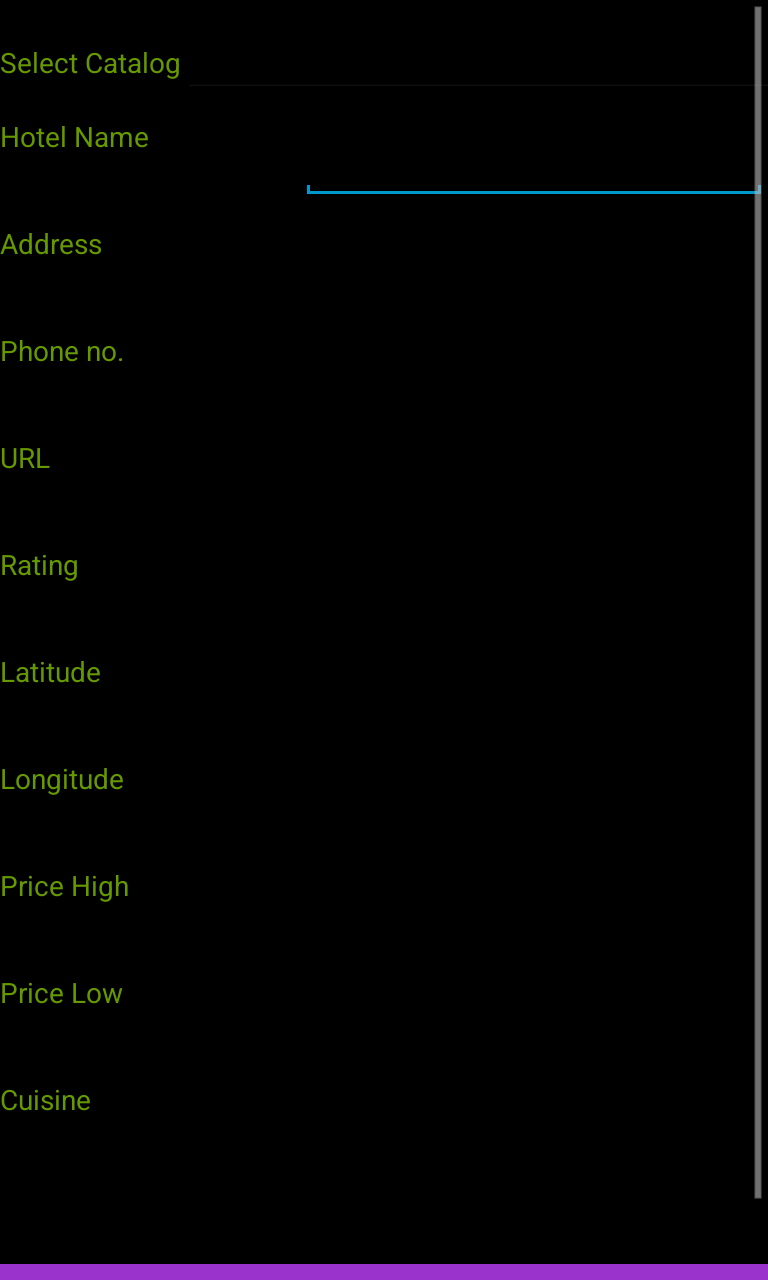
Repository: AungWinnHtut/projAndroid
Layout: com.engineer4myanmar.json.MainActivity/res/layout/activity_admin.xml
These files come from the project's save history. The layout is drawn as it stood at one moment and after the next save; the edit follows.
It is drawn on a 768 x 1280 px phone screen (xhdpi) without system bars, with theme AppTheme; the app's code is not run.

Above is the layout before, as saved 2015-08-26 20:35:47.

### com.engineer4myanmar.json.MainActivity/res/layout/activity_admin.xml
<LinearLayout xmlns:android="http://schemas.android.com/apk/res/android"
    xmlns:tools="http://schemas.android.com/tools"
    android:layout_width="match_parent"
    android:layout_height="match_parent"
    android:background="#000"
    android:orientation="vertical" >

    <ScrollView
        android:id="@+id/scrollView1"
        android:layout_width="match_parent"
        android:layout_height="match_parent" >

        <LinearLayout
            android:layout_width="match_parent"
            android:layout_height="match_parent"
            android:orientation="vertical" >
            <LinearLayout
        android:layout_width="match_parent"
        android:layout_height="wrap_content"
        android:layout_marginTop="15dp"
        android:orientation="horizontal" >

        <TextView
            android:layout_width="0dp"
            android:layout_height="wrap_content"
            android:layout_gravity="center"
            android:layout_weight="1"
            android:gravity="center"
            android:textColor="#669900"
            android:text="Select Catalog" />

         <Spinner
            android:id="@+id/spCatalog"
            android:layout_width="match_parent"
            android:layout_height="wrap_content"
            android:layout_gravity="center"
             android:textColor="#669900"
            android:entries="@array/services_arrays"
            android:gravity="center"
            android:prompt="@string/services_prompt" />
    </LinearLayout>

            <LinearLayout
                android:layout_width="match_parent"
                android:layout_height="wrap_content"
                android:orientation="horizontal" >

                <TextView
                    android:id="@+id/textView1"
                    android:layout_width="150dp"
                    android:layout_height="wrap_content"
                    android:text="Hotel Name"
                    android:textColor="#669900" />

                <EditText
                    android:id="@+id/etHotelname"
                    android:layout_width="0dp"
                    android:layout_height="wrap_content"
                    android:layout_marginTop="14dp"
                    android:layout_weight="1"
                    android:ems="10"
                    android:textColor="#ffbb33" >

                    <requestFocus />
                </EditText>
            </LinearLayout>

            <LinearLayout
                android:layout_width="match_parent"
                android:layout_height="wrap_content"
                android:orientation="horizontal" >

                <TextView
                    android:id="@+id/textView2"
                    android:layout_width="150dp"
                    android:layout_height="wrap_content"
                    android:text="Address"
                    android:textColor="#669900" />

                <EditText
                    android:id="@+id/etAddress"
                    android:layout_width="0dp"
                    android:layout_height="wrap_content"
                    android:layout_marginTop="14dp"
                    android:layout_weight="1"
                    android:ems="10"
                    android:textColor="#ffbb33" />
            </LinearLayout>

            <LinearLayout
                android:layout_width="match_parent"
                android:layout_height="wrap_content"
                android:orientation="horizontal" >

                <TextView
                    android:id="@+id/textView3"
                    android:layout_width="150dp"
                    android:layout_height="wrap_content"
                    android:text="Phone no."
                    android:textColor="#669900" />

                <EditText
                    android:id="@+id/etPhone"
                    android:layout_width="0dp"
                    android:layout_height="wrap_content"
                    android:layout_marginTop="14dp"
                    android:layout_weight="1"
                    android:ems="10"
                    android:textColor="#ffbb33" />
            </LinearLayout>

            <LinearLayout
                android:layout_width="match_parent"
                android:layout_height="wrap_content"
                android:orientation="horizontal" >

                <TextView
                    android:id="@+id/textView4"
                    android:layout_width="150dp"
                    android:layout_height="wrap_content"
                    android:text="URL"
                    android:textColor="#669900" />

                <EditText
                    android:id="@+id/etUrl"
                    android:layout_width="0dp"
                    android:layout_height="wrap_content"
                    android:layout_marginTop="14dp"
                    android:layout_weight="1"
                    android:ems="10"
                    android:textColor="#ffbb33" />
            </LinearLayout>

            <LinearLayout
                android:layout_width="match_parent"
                android:layout_height="wrap_content"
                android:orientation="horizontal" >

                <TextView
                    android:id="@+id/textView5"
                    android:layout_width="150dp"
                    android:layout_height="wrap_content"
                    android:text="Rating"
                    android:textColor="#669900" />

                <EditText
                    android:id="@+id/etRating"
                    android:layout_width="0dp"
                    android:layout_height="wrap_content"
                    android:layout_marginTop="14dp"
                    android:layout_weight="1"
                    android:ems="10"
                    android:textColor="#ffbb33" />
            </LinearLayout>

            <LinearLayout
                android:layout_width="match_parent"
                android:layout_height="wrap_content"
                android:orientation="horizontal" >

                <TextView
                    android:id="@+id/textView6"
                    android:layout_width="150dp"
                    android:layout_height="wrap_content"
                    android:text="Latitude"
                    android:textColor="#669900" />

                <EditText
                    android:id="@+id/etLat"
                    android:layout_width="0dp"
                    android:layout_height="wrap_content"
                    android:layout_marginTop="14dp"
                    android:layout_weight="1"
                    android:ems="10"
                    android:textColor="#ffbb33" />
            </LinearLayout>

            <LinearLayout
                android:layout_width="match_parent"
                android:layout_height="wrap_content"
                android:orientation="horizontal" >

                <TextView
                    android:id="@+id/textView7"
                    android:layout_width="150dp"
                    android:layout_height="wrap_content"
                    android:text="Longitude"
                    android:textColor="#669900" />

                <EditText
                    android:id="@+id/etLng"
                    android:layout_width="0dp"
                    android:layout_height="wrap_content"
                    android:layout_marginTop="14dp"
                    android:layout_weight="1"
                    android:ems="10"
                    android:textColor="#ffbb33" />
            </LinearLayout>

            <LinearLayout
                android:layout_width="match_parent"
                android:layout_height="wrap_content"
                android:orientation="horizontal" >

                <TextView
                    android:id="@+id/textView10"
                    android:layout_width="150dp"
                    android:layout_height="wrap_content"
                    android:text="Price High"
                    android:textColor="#669900" />

                <EditText
                    android:id="@+id/etP2"
                    android:layout_width="0dp"
                    android:layout_height="wrap_content"
                    android:layout_marginTop="14dp"
                    android:layout_weight="1"
                    android:ems="10"
                    android:textColor="#ffbb33" />
            </LinearLayout>

            <LinearLayout
                android:layout_width="match_parent"
                android:layout_height="wrap_content"
                android:orientation="horizontal" >

                <TextView
                    android:id="@+id/textView8"
                    android:layout_width="150dp"
                    android:layout_height="wrap_content"
                    android:text="Price Low"
                    android:textColor="#669900" />

                <EditText
                    android:id="@+id/etP1"
                    android:layout_width="0dp"
                    android:layout_height="wrap_content"
                    android:layout_marginTop="14dp"
                    android:layout_weight="1"
                    android:ems="10"
                    android:textColor="#ffbb33" />
            </LinearLayout>

            <LinearLayout
                android:layout_width="match_parent"
                android:layout_height="wrap_content"
                android:orientation="horizontal" >

                <TextView
                    android:id="@+id/textView9"
                    android:layout_width="150dp"
                    android:layout_height="wrap_content"
                    android:text="Cuisine"
                    android:textColor="#669900" />

                <EditText
                    android:id="@+id/etCuisine"
                    android:layout_width="0dp"
                    android:layout_height="wrap_content"
                    android:layout_marginTop="14dp"
                    android:layout_weight="1"
                    android:ems="10"
                    android:textColor="#ffbb33" />
            </LinearLayout>

            <LinearLayout
                android:layout_width="match_parent"
                android:layout_height="wrap_content"
                android:layout_marginTop="50dp"
                android:orientation="horizontal" >

                <Button
                    android:layout_width="match_parent"
                    android:layout_height="wrap_content"
                    android:background="#9933cc"
                    android:onClick="funRegister"
                    android:text="Add" />
            </LinearLayout>
        </LinearLayout>
    </ScrollView>

</LinearLayout>

### com.engineer4myanmar.json.MainActivity/res/values/strings.xml
<resources>

    <string name="app_name">ExcellentService</string>
    <string name="hello_world">Hello world!</string>
    <string name="menu_settings">Settings</string>
    <string name="title_activity_main">ExcellentService</string>
    <string name="title_activity_services_menu">ExcellentService</string>
    <string name="title_activity_register">ExcellentService</string>
    <string name="title_activity_welcome">WelcomeActivity</string>
    <string name="title_activity_search">SearchActivity</string>
    <string name="services_prompt">Hotel</string>
    <string name="rating_prompt">1</string>
    <string name="cuisine_prompt">Chinese</string>
    <string name="range_prompt">1 km</string>

    <string-array name="services_arrays">
        <item>Hotel</item>
        <item>Bank</item>
        <item>Restaurant</item>
        <item>Hospital</item>
    </string-array>
    <string-array name="ratings_arrays">
        <item>1</item>
        <item>2</item>
        <item>3</item>
        <item>4</item>
        <item>5</item>
    </string-array>
    <string-array name="cuisine_arrays">
        <item>Chinese</item>
        <item>Thai</item>
        <item>Burmese</item>
        <item>Japanese</item>
    </string-array>
    <string-array name="range_arrays">
        <item>1 km</item>
        <item>2 km</item>
        <item>3 km</item>
        <item>4 km</item>
        <item>5 km</item>
    </string-array>

    <string name="title_activity_admin">AdminActivity</string>

</resources>

Loaded but not shown: com.engineer4myanmar.json.MainActivity/res/values-v11/styles.xml (common file); com.engineer4myanmar.json.MainActivity/res/values-v14/styles.xml (common file); com.engineer4myanmar.json.MainActivity/res/values/styles.xml (common file)

After the next save:
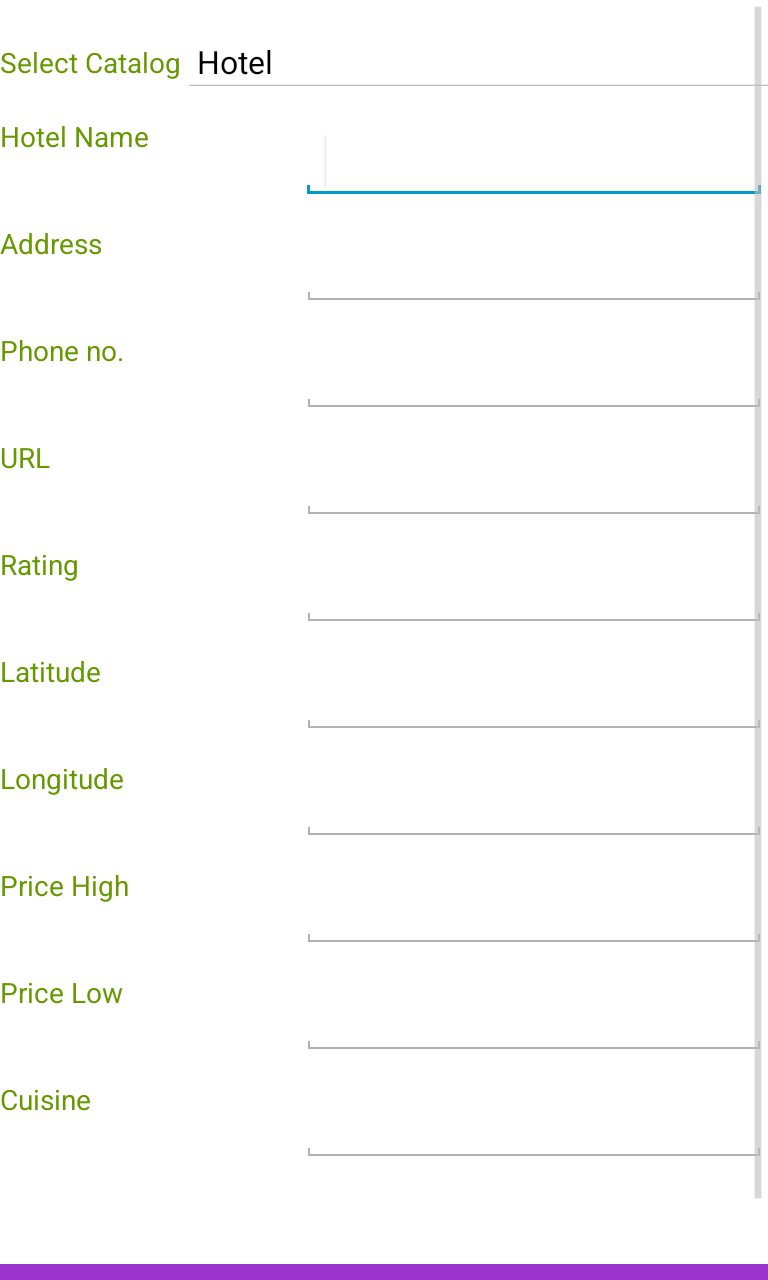
Saved 4 min 9 s later.
--- a/com.engineer4myanmar.json.MainActivity/res/layout/activity_admin.xml
+++ b/com.engineer4myanmar.json.MainActivity/res/layout/activity_admin.xml
@@ -2,7 +2,7 @@
     xmlns:tools="http://schemas.android.com/tools"
     android:layout_width="match_parent"
     android:layout_height="match_parent"
-    android:background="#000"
+    android:background="#fff"
     android:orientation="vertical" >
 
     <ScrollView
